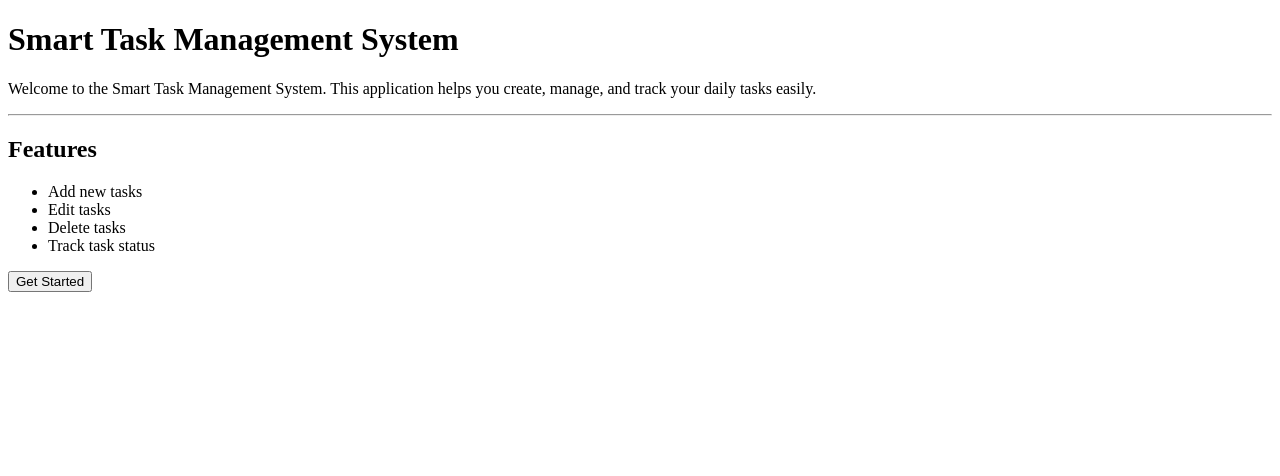
Repository: YashKachaRK/JAVA_CODE_SEM_6
Page: FIRSTPROJECT/src/main/webapp/i.html
The author's editor kept a copy of each file at every save. The page is drawn from the files as they stood at one save, then again after the next save.
The browser window is 1280 px wide. The pictures show the whole page.

Above is the page before, as saved 2025-12-19 05:14:26.

### FIRSTPROJECT/src/main/webapp/i.html
<!DOCTYPE html>
<html lang="en">
<head>
    <meta charset="UTF-8">
    <title>Smart Task Management System</title>
</head>
<body>

    <h1>Smart Task Management System</h1>

    <p>
        Welcome to the Smart Task Management System.
        This application helps you create, manage, and track your daily tasks easily.
    </p>

    <hr>

    <h2>Features</h2>
    <ul>
        <li>Add new tasks</li>
        <li>Edit tasks</li>
        <li>Delete tasks</li>
        <li>Track task status</li>
    </ul>

    <button>Get Started</button>

</body>
</html>

### FIRSTPROJECT/src/main/webapp/new.css
/* Reset default browser styles */
* {
    margin: 0;
    padding: 0;
    box-sizing: border-box;
    font-family: Arial, sans-serif;
}

/* Page background */
body {
    background-color: #f4f6f8;
    display: flex;
    justify-content: center;
    align-items: center;
    height: 100vh;
}

/* Main container */
.container {
    background-color: #ffffff;
    padding: 30px 40px;
    width: 400px;
    border-radius: 10px;
    box-shadow: 0 4px 10px rgba(0, 0, 0, 0.1);
    text-align: center;
}

/* Title */
h1 {
    color: #2c3e50;
    margin-bottom: 15px;
}

/* Description text */
p {
    color: #555;
    margin-bottom: 20px;
    font-size: 14px;
}

/* Features list */
ul {
    list-style-type: none;
    margin-bottom: 25px;
}

ul li {
    background-color: #ecf0f1;
    margin: 8px 0;
    padding: 8px;
    border-radius: 5px;
    font-size: 14px;
}

/* Button */
button {
    background-color: #3498db;
    color: #ffffff;
    border: none;
    padding: 10px 25px;
    border-radius: 5px;
    cursor: pointer;
    font-size: 15px;
}

button:hover {
    background-color: #2980b9;
}

After the next save:
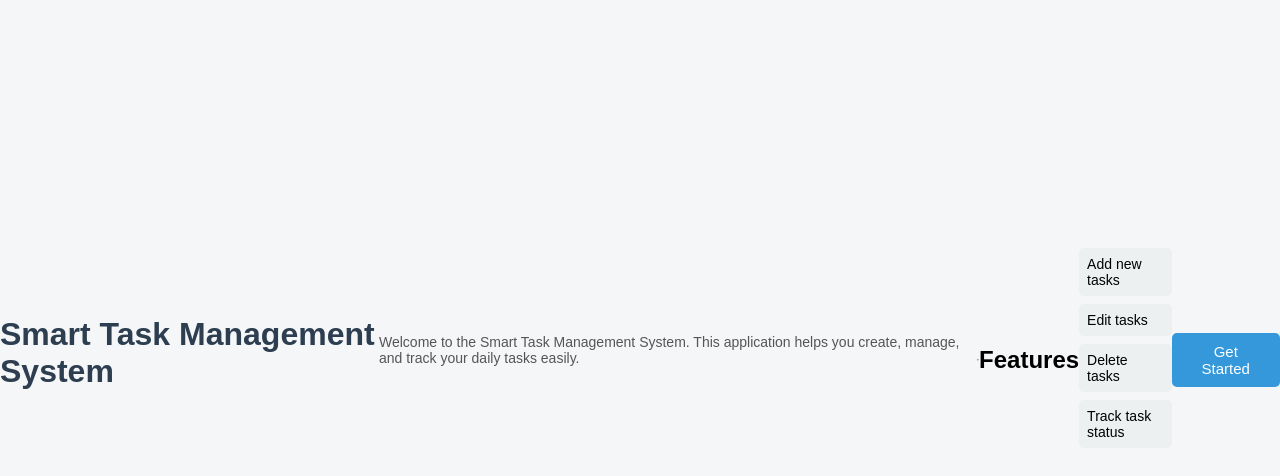
Saved 18 s later.
--- a/FIRSTPROJECT/src/main/webapp/i.html
+++ b/FIRSTPROJECT/src/main/webapp/i.html
@@ -2,6 +2,8 @@
 <html lang="en">
 <head>
     <meta charset="UTF-8">
+    <link rel="stylesheet" href="new.css">
+
     <title>Smart Task Management System</title>
 </head>
 <body>
